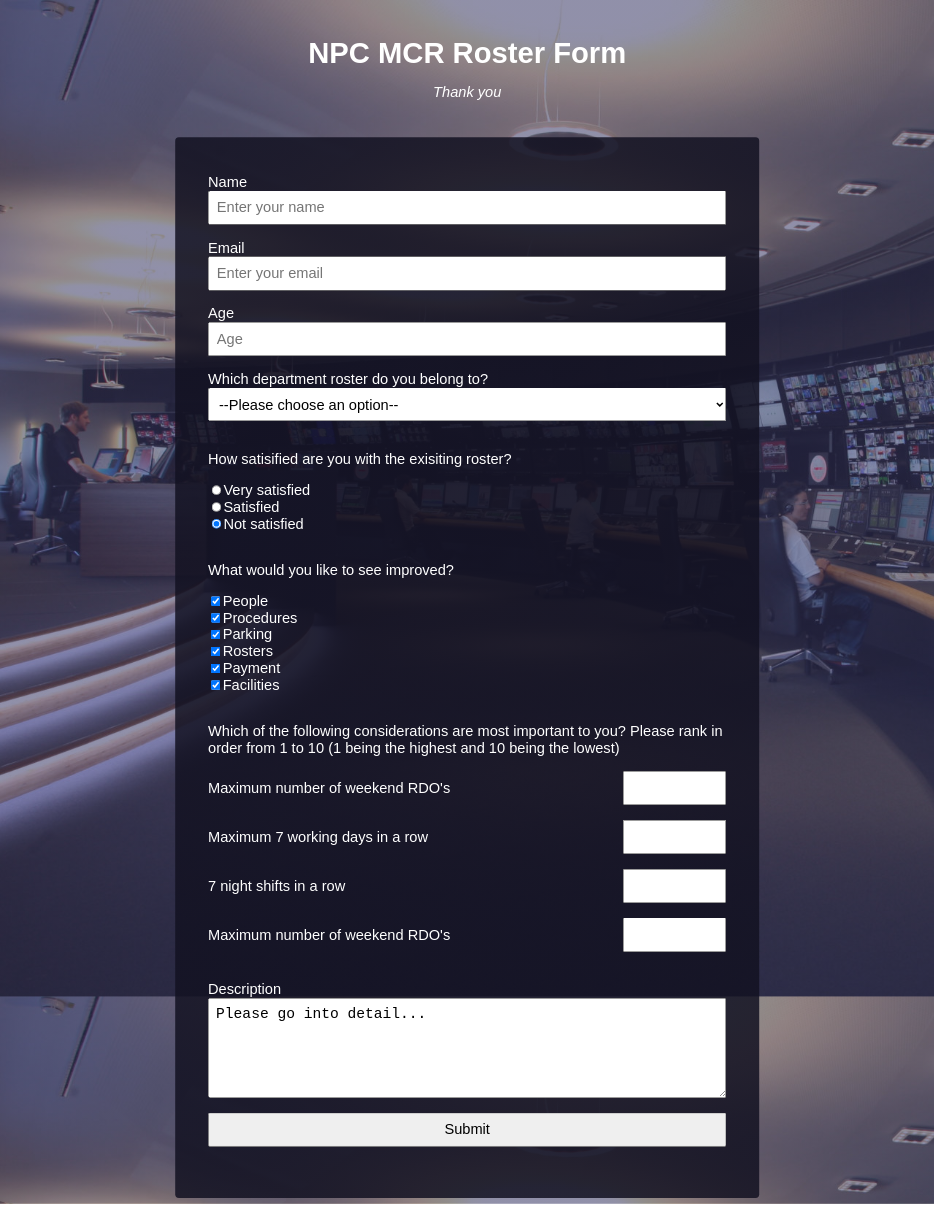
Repository: rvass/fcc-survey-form
Page: index.html
The author's editor kept a record of every edit. The page is drawn from the files as they stood at one moment, then again after the next edit.
The browser window is 1280 px wide. The pictures show the whole page, at 73% of full size.

Above is the page before.

### index.html
<!DOCTYPE html>
<html>
    <head>
        <title>NPC MCR Roster Form</title>
        <link rel="stylesheet" href="styles.css" type="text/css" />
    </head>
    <body>
        <header>
            <h1 id="title">NPC MCR Roster Form</h1>
            <p id="description">Thank you</p>
        </header>
        <form id="survey-form" action="mailto:rvass@npcmedia.com.au">
            <div>
                <label id="name-label" for="name">Name</label>
                <input type="text" placeholder="Enter your name" id="name">
            </div>
            <div>
                <label id="email-label" for="email">Email</label>
                <input type="email" placeholder="Enter your email" id="email">
            </div>

            <div>
                <label id="number-label" for="number">Age</label>
                <input type="number" min="10" max="100" placeholder="Age" id="number">
            </div>

            <div>
                <label for="dropdown">Which department roster do you belong to?</label>
                <select id="dropdown">
                    <option value="">--Please choose an option--</option>
                    <option value="MCR">MCR Team Lead</option>
                    <option value="MCR">MCR</option>
                    <option value="Pres">Presentation Supervisor</option>
                    <option value="MCR">Presentation</option>
                    <option value="Ingest">Ingest</option>
                    <option value="Engineering">Engineering</option>
                </select>
            </div>

            <div>
                <p>How satisified are you with the exisiting roster?</p>

                <label for="very-satisfied"><input type="radio" value="very-satisfied" id="very-satisfied" name="how-satisfied" checked/>Very satisfied</label>
                <label for="satisfied"><input type="radio" value="satisfied" id="satisfied" name="how-satisfied" checked/>Satisfied</label>
                <label for="not-satisfied"><input type="radio" value="not-satisfied" id="not-satisfied" name="how-satisfied" checked/>Not satisfied</label>
            </div>
            <div>
                <p>What would you like to see improved?</p>
                <label for="people"><input type="checkbox" id="people" value="people" name="improvements" checked/>People</label>
                <label for="procedures"><input type="checkbox" id="procedures" value="procedures"  name="improvements" checked/>Procedures</label>
                <label for="parking"><input type="checkbox" id="parking" value="parking" name="improvements" checked/>Parking</label>
                <label for="rosters"><input type="checkbox" id="rosters" value="rosters" name="improvements" checked/>Rosters</label>
                <label for="payment"><input type="checkbox" id="payment" value="payment" name="improvements" checked/>Payment</label>
                <label for="facilities"><input type="checkbox" id="facilities" value="facilities" name="improvements" checked/>Facilities</label>
            </div>

            <div>
                <p>Which of the following considerations are most important to you? Please rank in order from 1 to 10 (1 being the highest and 10 being the lowest)</p>

                <div class="considerations">
                    <label for="max-weekends">Maximum number of weekend RDO's</label>
                    <input type="number" name="priority" id="max-weekends">
                </div>
                <div class="considerations">
                    <label for="max-weekends">Maximum 7 working days in a row</label>
                    <input type="number" name="priority" id="max-weekends">
                </div>
                <div class="considerations">
                    <label for="max-weekends">7 night shifts in a row</label>
                    <input type="number" name="priority" id="max-weekends">
                </div>
                <div class="considerations">
                    <label for="max-weekends">Maximum number of weekend RDO's</label>
                    <input type="number" name="priority" id="max-weekends">
                </div>



            </div>

            <div>
                <label for="description">Description</label>
                <textarea id="description" name="description" rows="5" cols="33">Please go into detail...</textarea>
            </div>

            <div>
                <button type="submit" id="submit">Submit</button>
            </div>



        </form>
        <script type="text/javascript" src="https://cdn.freecodecamp.org/testable-projects-fcc/v1/bundle.js"></script>
    </body>
</html>

### styles.css
* {
    box-sizing: border-box;
}

html {
    color: white;
    font-family: arial;
    font-size: 20px;
}

body {
    background:
        linear-gradient(rgba(54, 53, 99, 0.55), rgba(54, 53, 99, 0.55)),
        url(background-image.jpg);
}

/*HEADER STYLES*/
header {
    text-align: center;
    margin: 50px 0;
}
header h1 {
    margin-bottom: 0px;
}
header p {
    font-style: italic;
}

/*FORM STYLES*/
#survey-form {
    background-color: black;
    background: linear-gradient(rgba(18, 17, 33, 0.85), rgba(18, 17, 33, 0.85));
    border-radius: 5px;
    display: flex;
    flex-direction: column;
    min-height: 100vh;
    margin: 0 auto;
    width: 800px;
    padding: 50px 45px;
}
#survey-form > div {
    display: flex;
    flex-direction: column;
    margin-bottom: 20px;
}
input, textarea, select, button {
    font-size: inherit;
    padding: 10px;
}


input[type=number] {
    width: 100%;
    /*font-size: 20px;*/

}

input[type=radio] {
    display: inline;
}

.considerations {
    display: flex;
    align-items: center;
    margin-bottom: 20px;
}

.considerations label  {
    flex: 0 1 80%;
}
.considerations input {
    flex: 0 1 20%;
}

.form-div label {
    margin-bottom: 10px;
}

After the next edit:
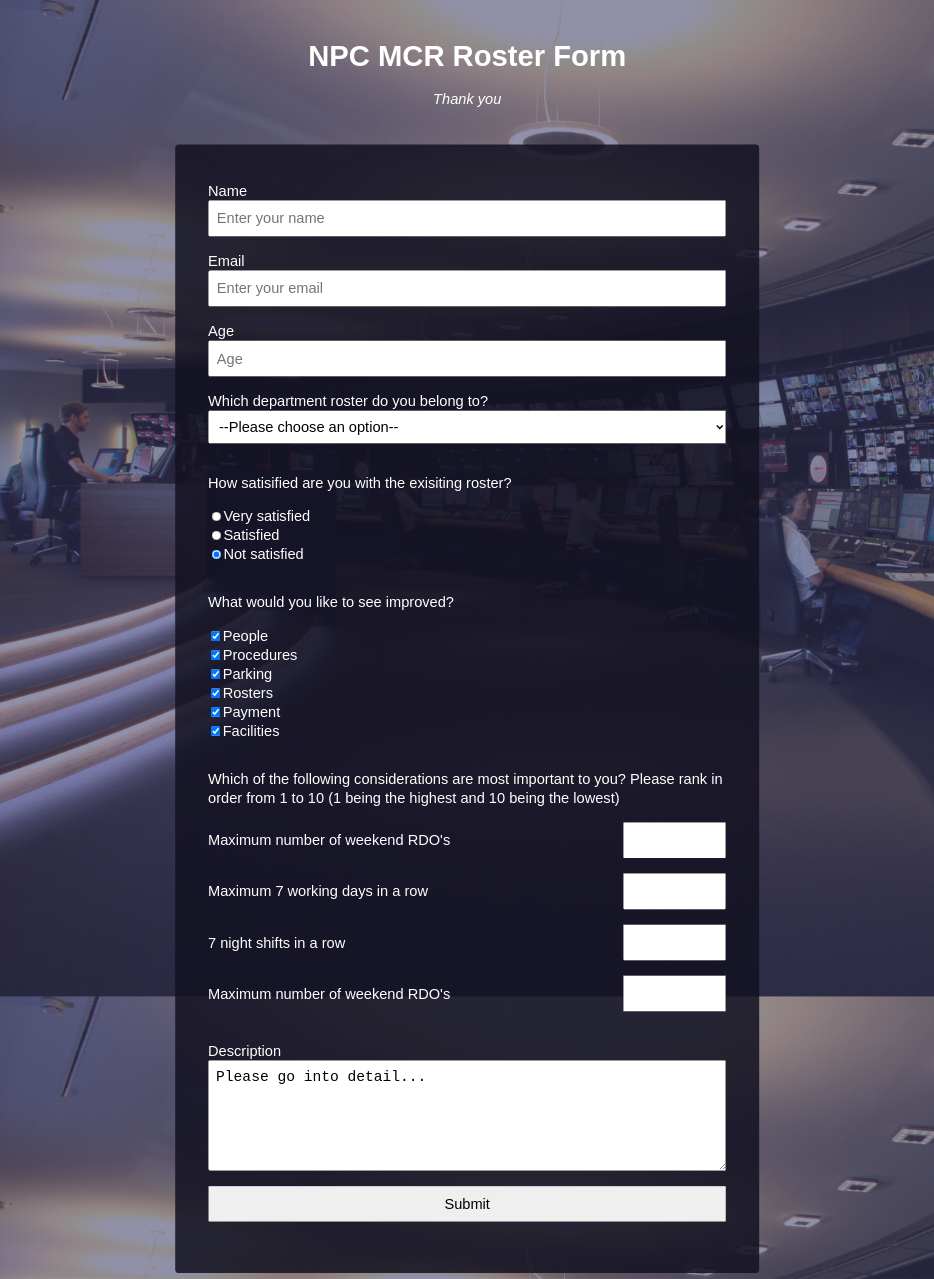
The edit:
--- a/styles.css
+++ b/styles.css
@@ -1,5 +1,6 @@
 * {
     box-sizing: border-box;
+    line-height: 1.3;
 }
 
 html {
